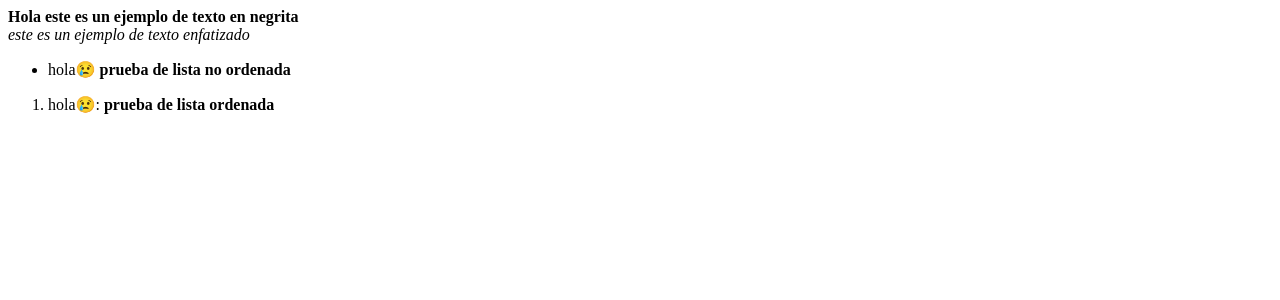
Repository: cesarsant0203/My_Study
Page: Introducción al desarrollo web/listas_y_negrita.html
These files come from the project's save history. The page is drawn as it stood at one moment and after a run of saves; the edit follows.
The browser window is 1280 px wide. The pictures show the whole page.

Above is the page before, as saved 2020-04-27 12:54:29.

After the next 2 saves:
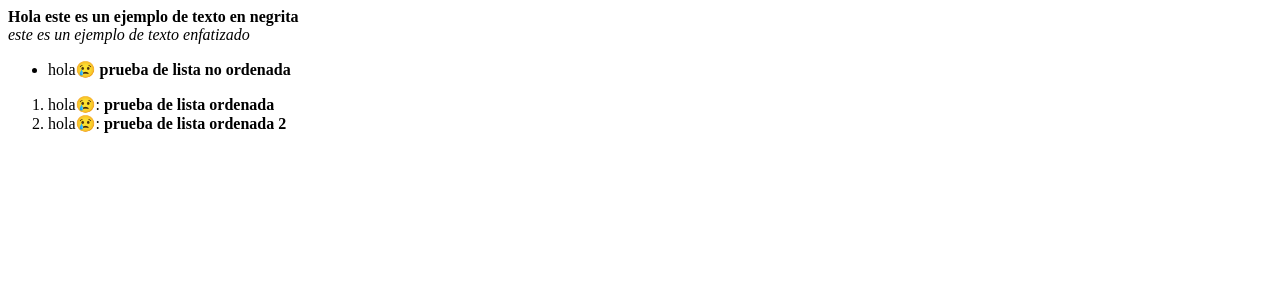
The 2 saves are shown as one change because they came seconds apart.
The last was saved 17 s later.
--- a/Introducción al desarrollo web/listas_y_negrita.html
+++ b/Introducción al desarrollo web/listas_y_negrita.html
@@ -16,6 +16,8 @@
     <ol>
         <li>hola😢: <strong> prueba de lista ordenada</strong>
         </li>
+        <li>hola😢: <strong> prueba de lista ordenada 2</strong>
+        </li>
     </ol>
 </body>
 
